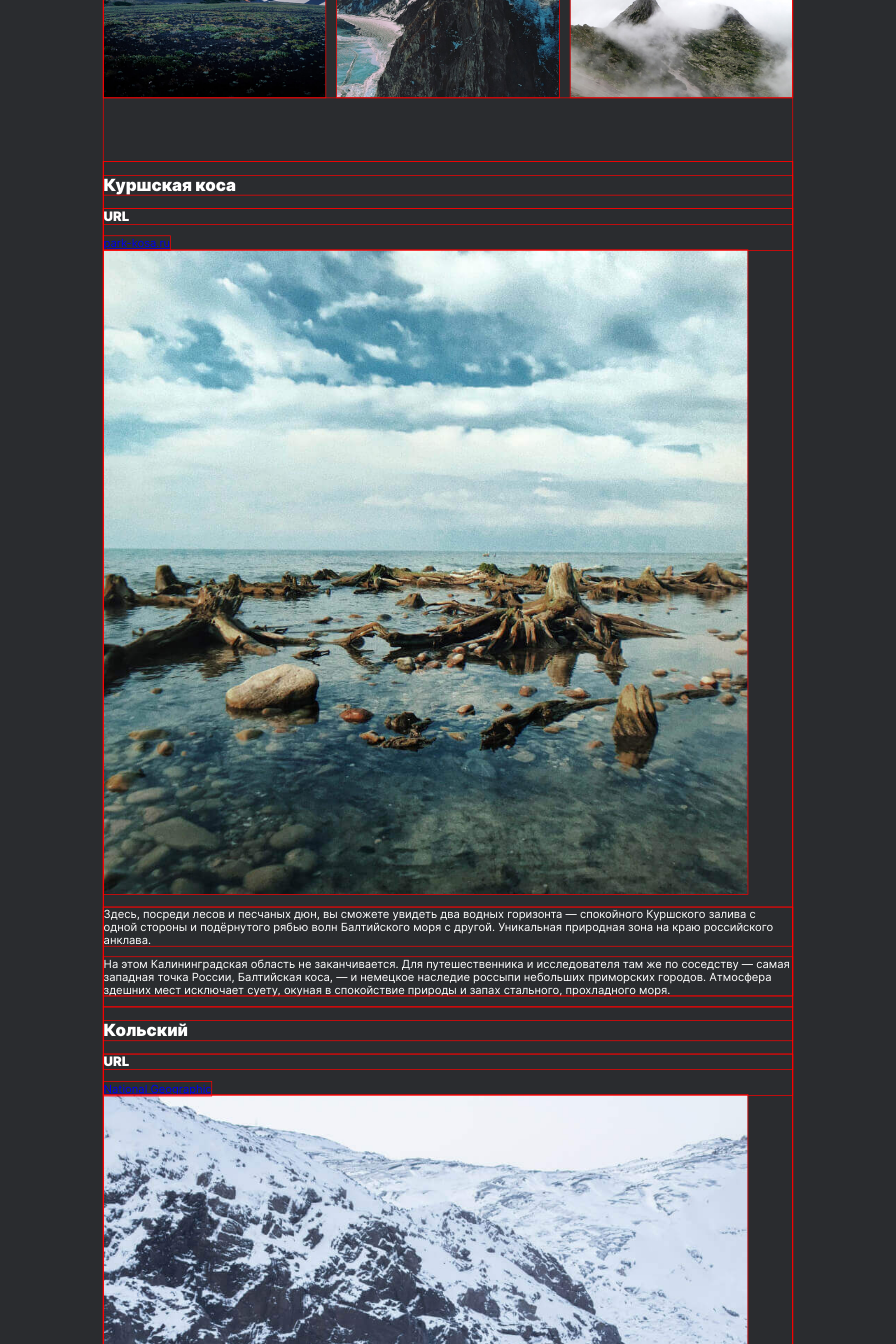
Repository: 89373611988/russia-travel
Page: index.html
These files come from the project's save history. The page is drawn as it stood at one moment and after the next save; the edit follows.
The browser window is 1280 px wide. The pictures show the part of the page from y = 2616 to 4536 px (the page is 9799 px tall before and 10439 px after), at 70% of full size.

Above is the page before, as saved 2021-12-22 20:18:35.

After the next save:
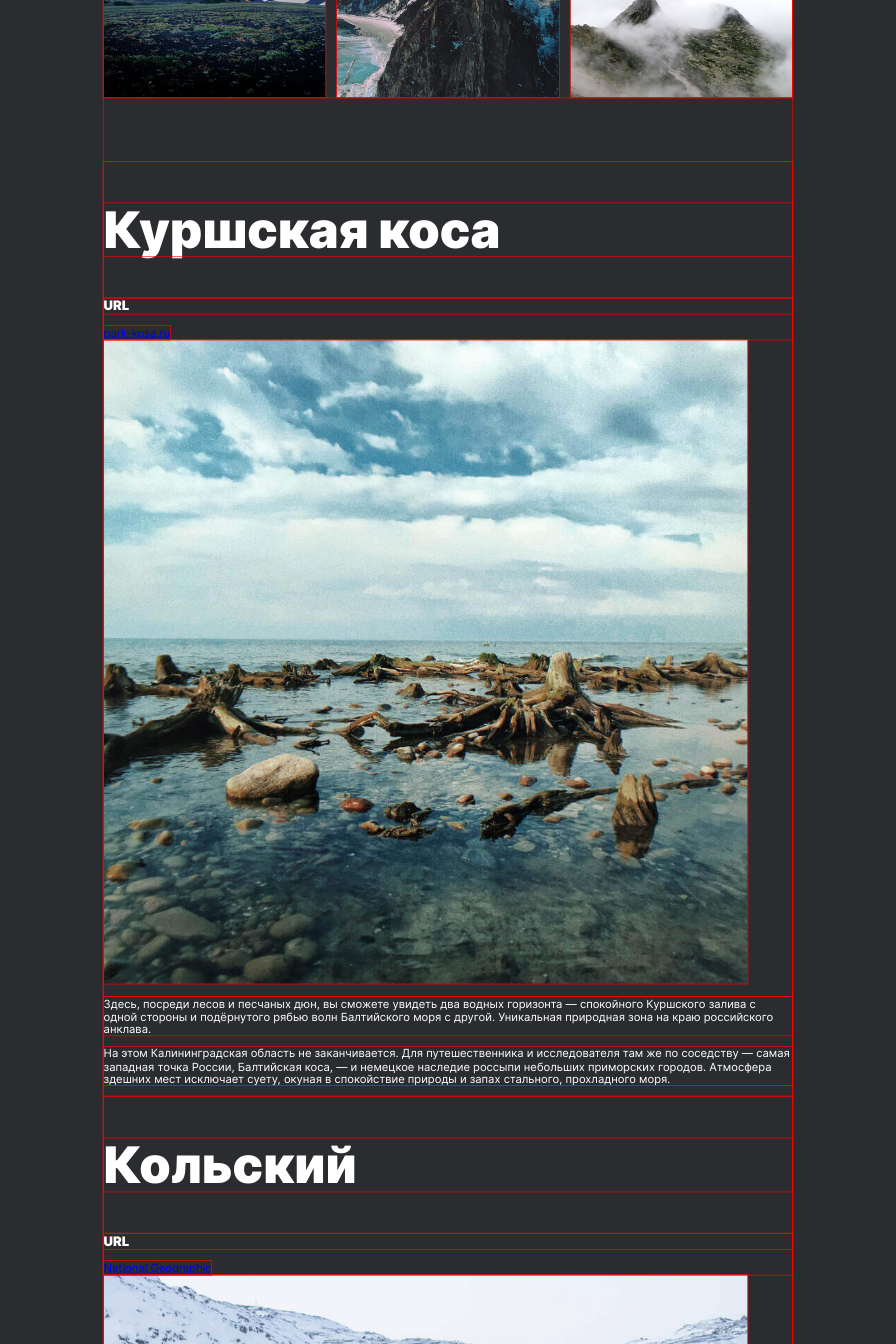
Saved 27 min 8 s later.
--- a/blocks/place/__title/place__title.css
+++ b/blocks/place/__title/place__title.css
@@ -1,3 +1,5 @@
 .place__title {
-
+  font-weight: 900;
+  font-size: 72px;
+  line-height: 76px;
 }
